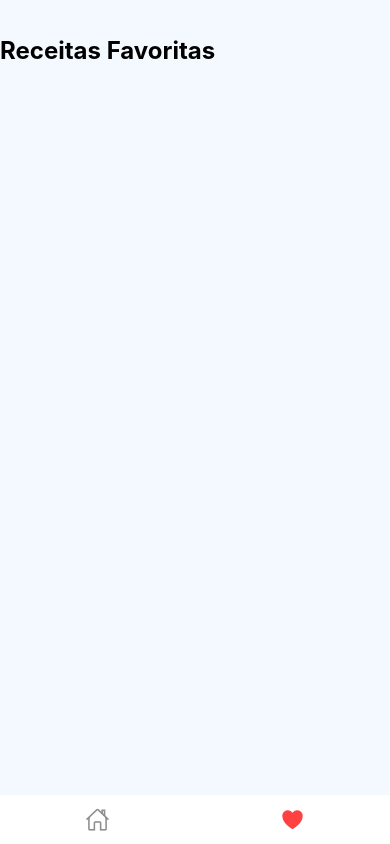
Repository: pheonix5/Receitas
Screen: /Favorites
An editor plug-in stored every save of this project. The screen is shown before and after the next save, followed by the edit.
The page's requests for data from a server got no answer. The app was drawn by React Native's web renderer in a window 390 px wide. The project was rebuilt for these pictures with package versions that can differ from the ones it lists, and the page was loaded fresh each time. No one was signed in, and anything a server would have sent is missing. Also part of the build but not shown: src/components/foodlist/index.js, src/components/ingredients/index.js, src/components/instructions/index.js, src/components/video/index.js, src/utils/storage.js, src/pages/detail/index.js, src/pages/search/index.js.

Above is the screen before, as saved 2023-04-08 21:44:17.

After the next save:
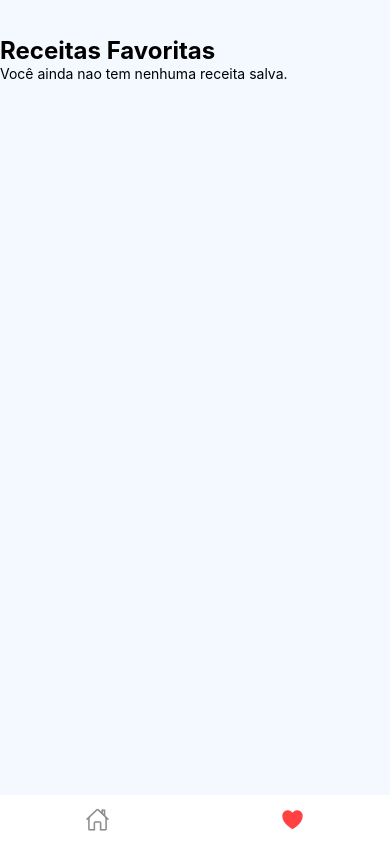
Saved 32 s later.
--- a/src/pages/favorites/index.js
+++ b/src/pages/favorites/index.js
@@ -8,6 +8,11 @@ export default function Favorites(){
     return(
         <SafeAreaView style={styles.container}>
             <Text style={styles.title}>Receitas Favoritas</Text>
+
+            {receipes.length === 0 && (
+                <Text>Você ainda nao tem nenhuma receita salva.</Text>
+            )}
+
         </SafeAreaView>
     )
 }
